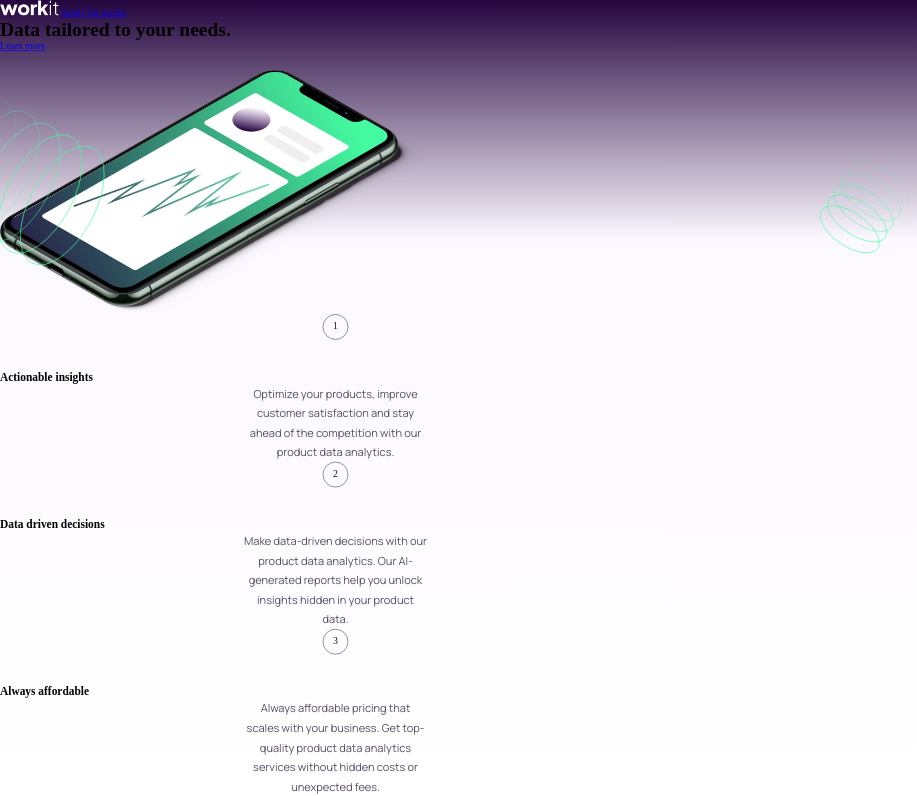
Repository: Arkitecth/landing_page
Page: starter-code/index.html
The author's editor kept a copy of each file at every save. The page is drawn from the files as they stood at one save, then again after the next save.
The browser window is 1280 px wide. The page is 1504 px wide, so the pictures cover 1504 px, including what lies to the right of the window. The pictures show the whole page, at 61% of full size.

Above is the page before, as saved 2023-05-23 19:46:30.

After the next save:
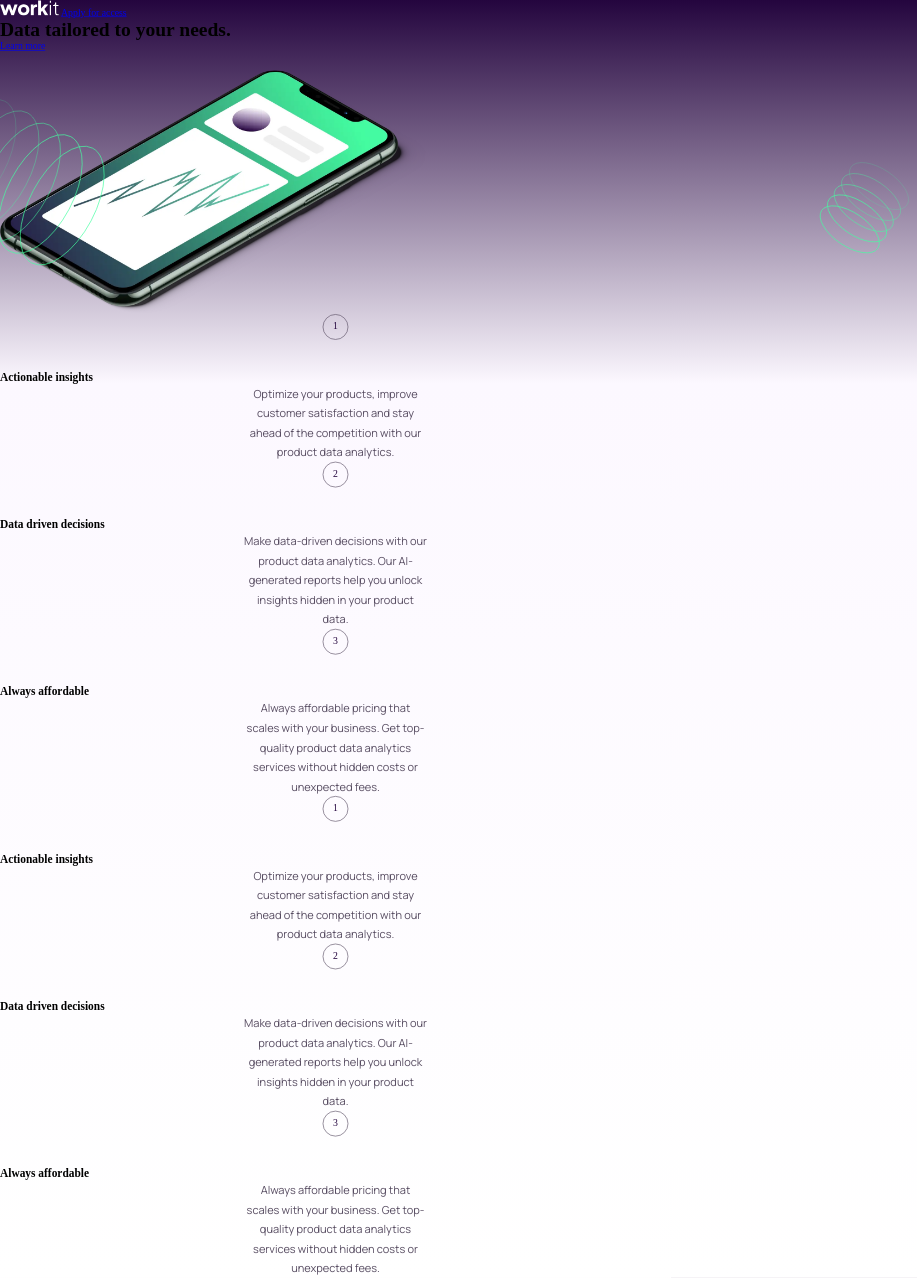
Saved 44 h 34 min later.
--- a/starter-code/index.html
+++ b/starter-code/index.html
@@ -48,5 +48,28 @@
       </div>
     </div>
   </section>
+
+
+  <section id="about">
+    <div class="container grid">
+      <div class="feature-content">
+        <p class="feature-num">1</p>
+        <h3>Actionable insights</h3>
+        <p class="feature-paragraph">Optimize your products, improve customer satisfaction and stay ahead of the competition with our product data analytics.</p>
+      </div>
+
+      <div class="feature-content">
+        <p class="feature-num">2</p>
+        <h3>Data driven decisions</h3>
+        <p class="feature-paragraph">Make data-driven decisions with our product data analytics. Our AI-generated reports help you unlock insights hidden in your product data.</p>
+      </div>
+
+      <div class="feature-content">
+        <p class="feature-num">3</p>
+        <h3>Always affordable</h3>
+        <p class="feature-paragraph">Always affordable pricing that scales with your business. Get top-quality product data analytics services without hidden costs or unexpected fees.</p>
+      </div>
+    </div>
+  </section>
 </body>
 </html>

After the save that followed:
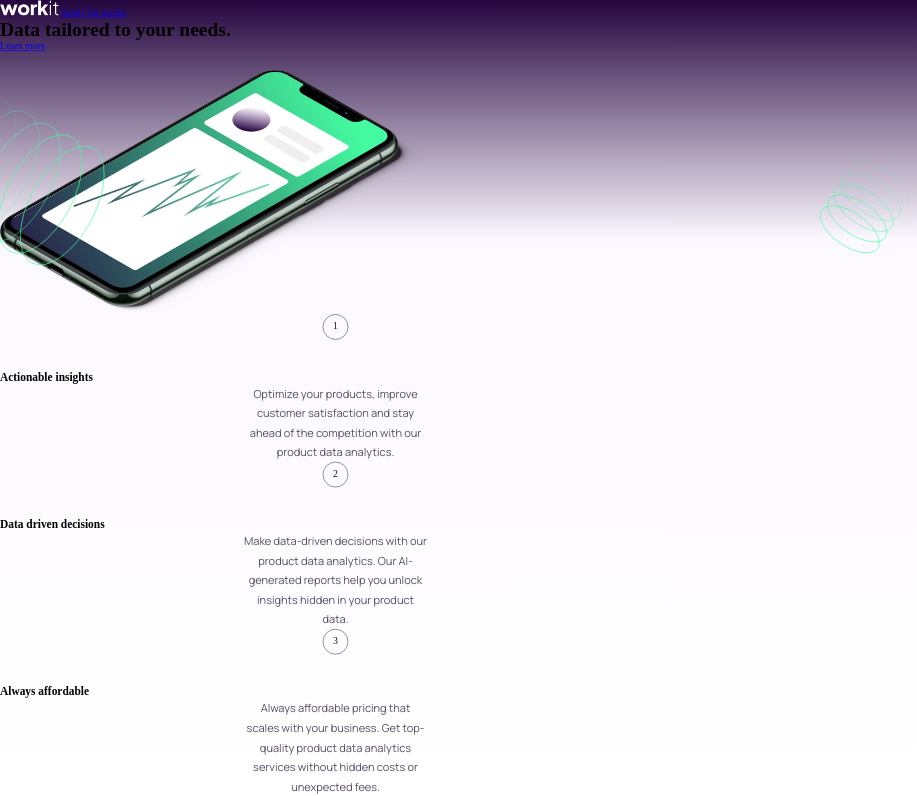
Saved 9 s later.
--- a/starter-code/index.html
+++ b/starter-code/index.html
@@ -51,25 +51,6 @@
 
 
   <section id="about">
-    <div class="container grid">
-      <div class="feature-content">
-        <p class="feature-num">1</p>
-        <h3>Actionable insights</h3>
-        <p class="feature-paragraph">Optimize your products, improve customer satisfaction and stay ahead of the competition with our product data analytics.</p>
-      </div>
-
-      <div class="feature-content">
-        <p class="feature-num">2</p>
-        <h3>Data driven decisions</h3>
-        <p class="feature-paragraph">Make data-driven decisions with our product data analytics. Our AI-generated reports help you unlock insights hidden in your product data.</p>
-      </div>
-
-      <div class="feature-content">
-        <p class="feature-num">3</p>
-        <h3>Always affordable</h3>
-        <p class="feature-paragraph">Always affordable pricing that scales with your business. Get top-quality product data analytics services without hidden costs or unexpected fees.</p>
-      </div>
-    </div>
   </section>
 </body>
 </html>
